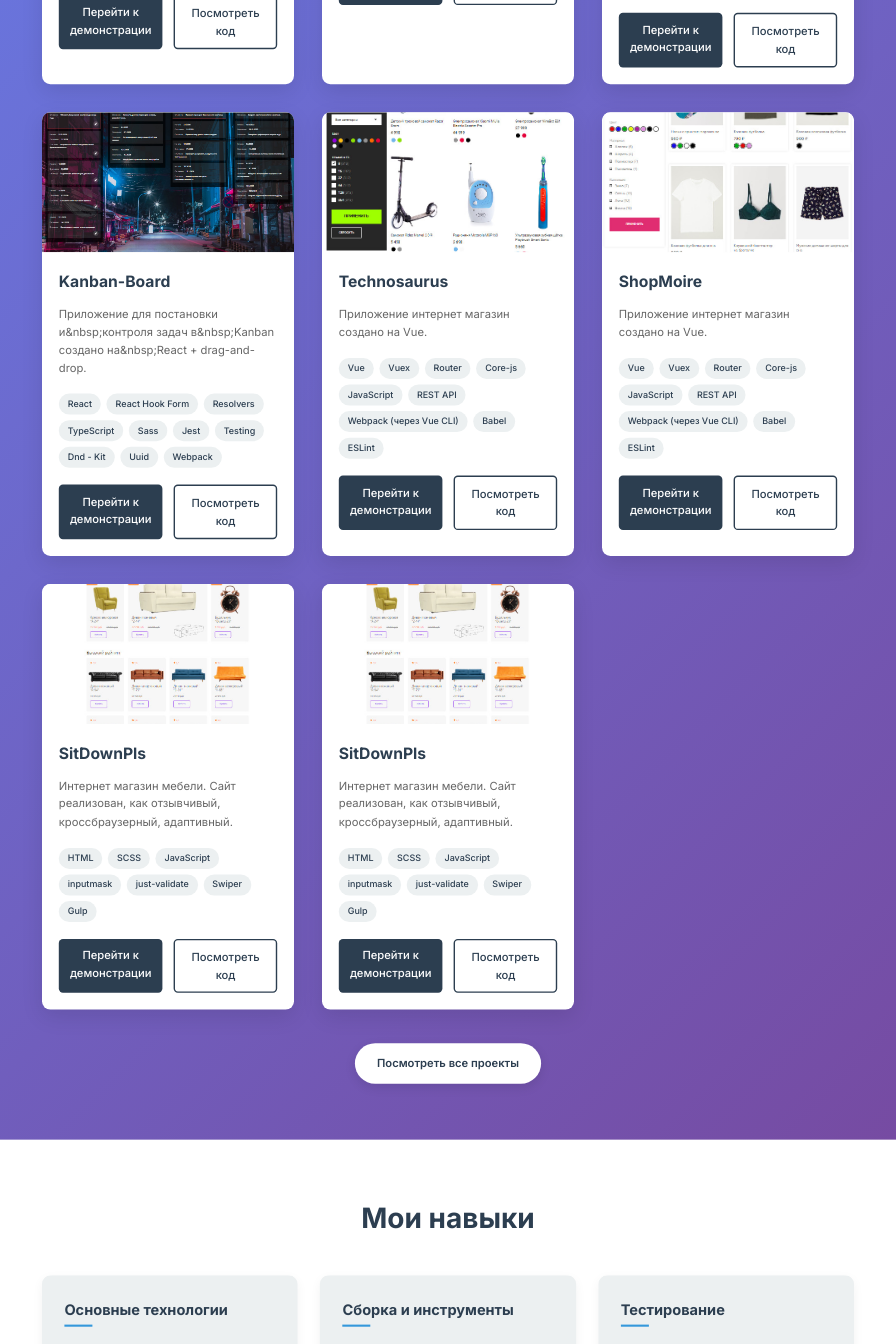
Repository: RostislavZeberg/resume-app
Page: /
These files come from the project's save history. The page is drawn as it stood at one moment and after the next save; the edit follows.
The browser window is 1280 px wide. The pictures show the part of the page from y = 805 to 2725 px (the page is 4990 px tall), at 70% of full size.
The project was rebuilt for these pictures with package versions that can differ from the ones it lists, and the page was loaded fresh each time. The framework's server and built-in components were replaced by stand-ins that run in the browser. Also part of the build but not shown: next.config.ts.

Above is the page before, as saved 2025-09-18 19:22:41.

After the next save:
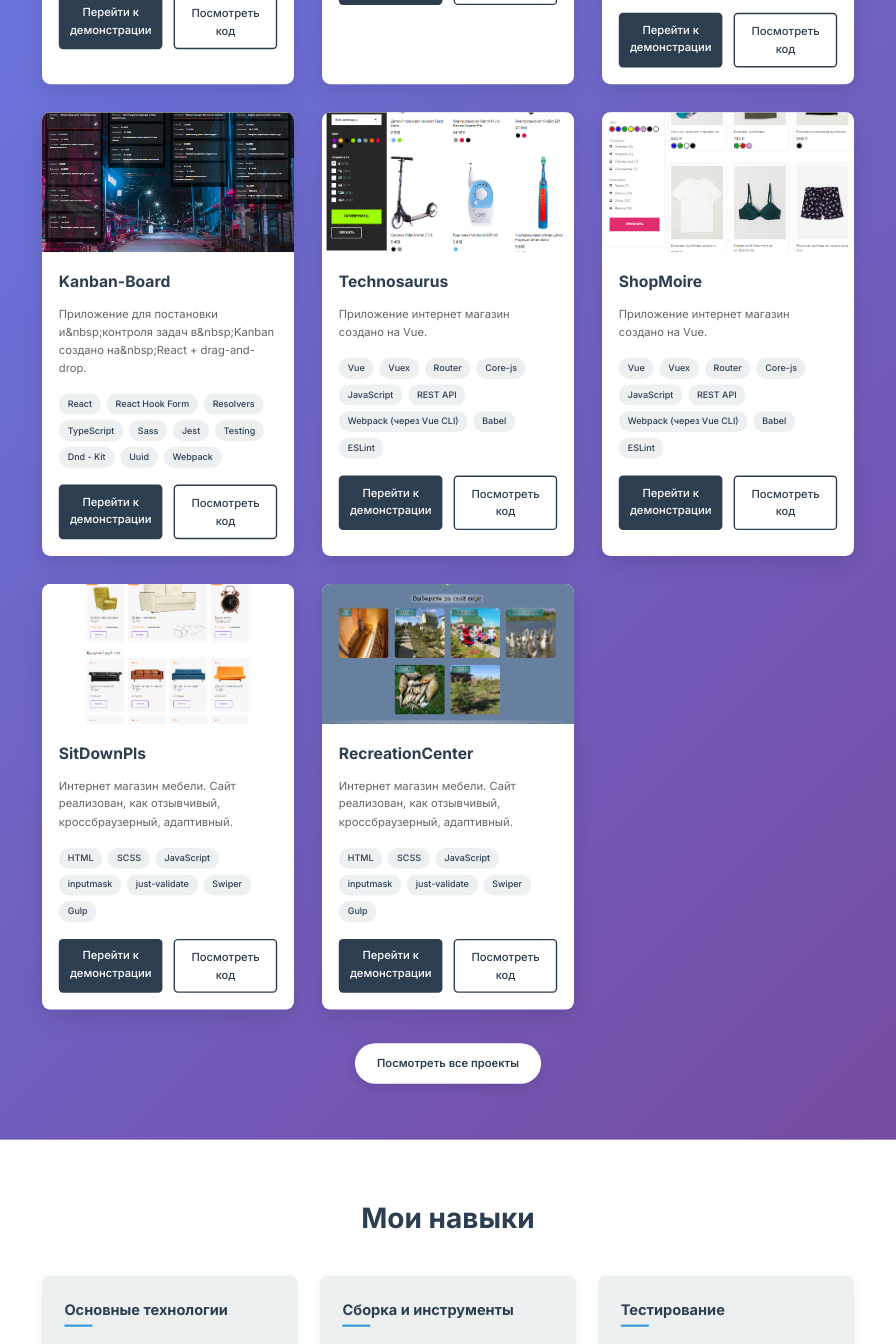
Saved 12 s later.
--- a/info/projects.ts
+++ b/info/projects.ts
@@ -50,7 +50,7 @@ export const projects = [
     technologies: ['HTML', 'SCSS', 'JavaScript', 'inputmask', 'just-validate', 'Swiper', 'Gulp']
   },
   {
-    name: 'SitDownPls',
+    name: 'RecreationCenter',
     description: 'Интернет магазин мебели. Сайт реализован, как отзывчивый, кроссбраузерный, адаптивный.',
     demoLink: 'https://rostislavzeberg.github.io/store-SitDownPls/',
     codeLink: 'https://github.com/RostislavZeberg/store-SitDownPls',
